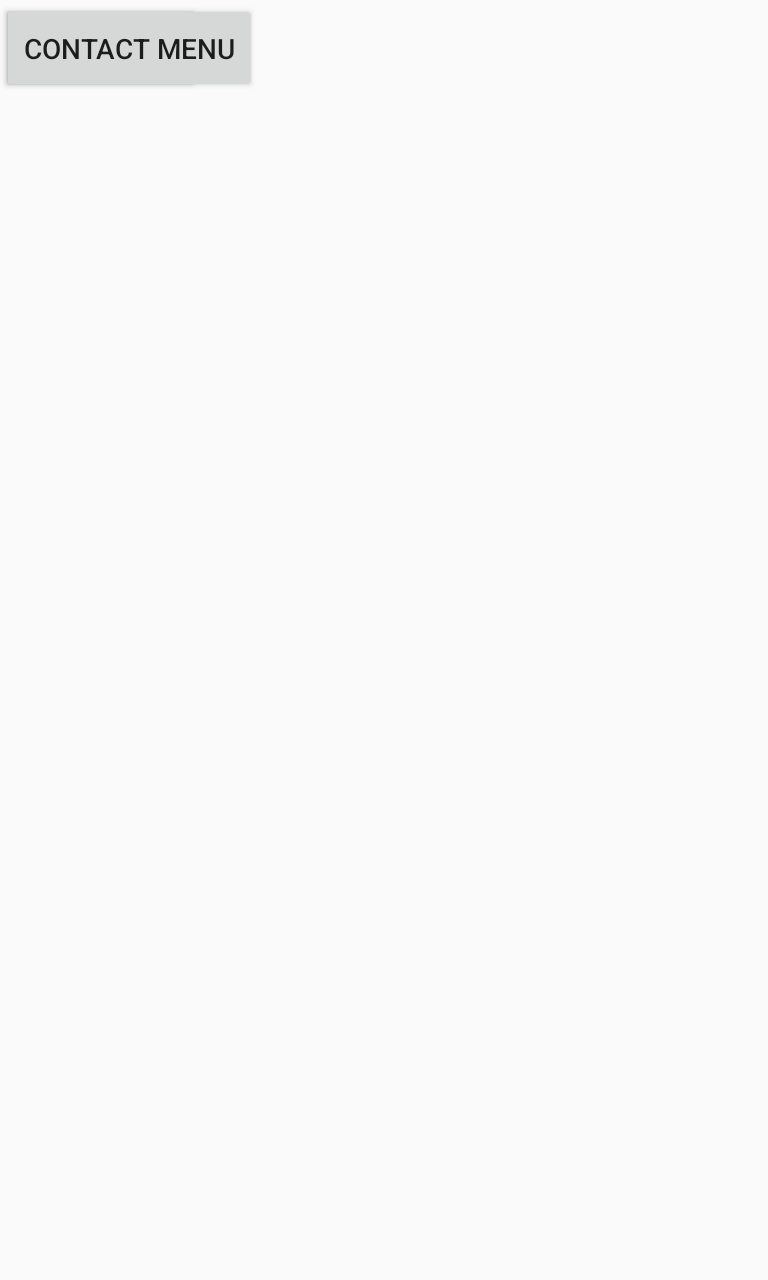
Repository: wisingd/Dajoroli
Layout: Workspace/SplitIt/res/layout/fragment_main.xml
These files come from the project's save history. The layout is drawn as it stood at one moment and after a run of saves; the edit follows.
It is drawn on a 768 x 1280 px phone screen (xhdpi) without system bars, with theme AppTheme; the app's code is not run.

Above is the layout before, as saved 2014-05-07 10:58:05.

After the next 2 saves:
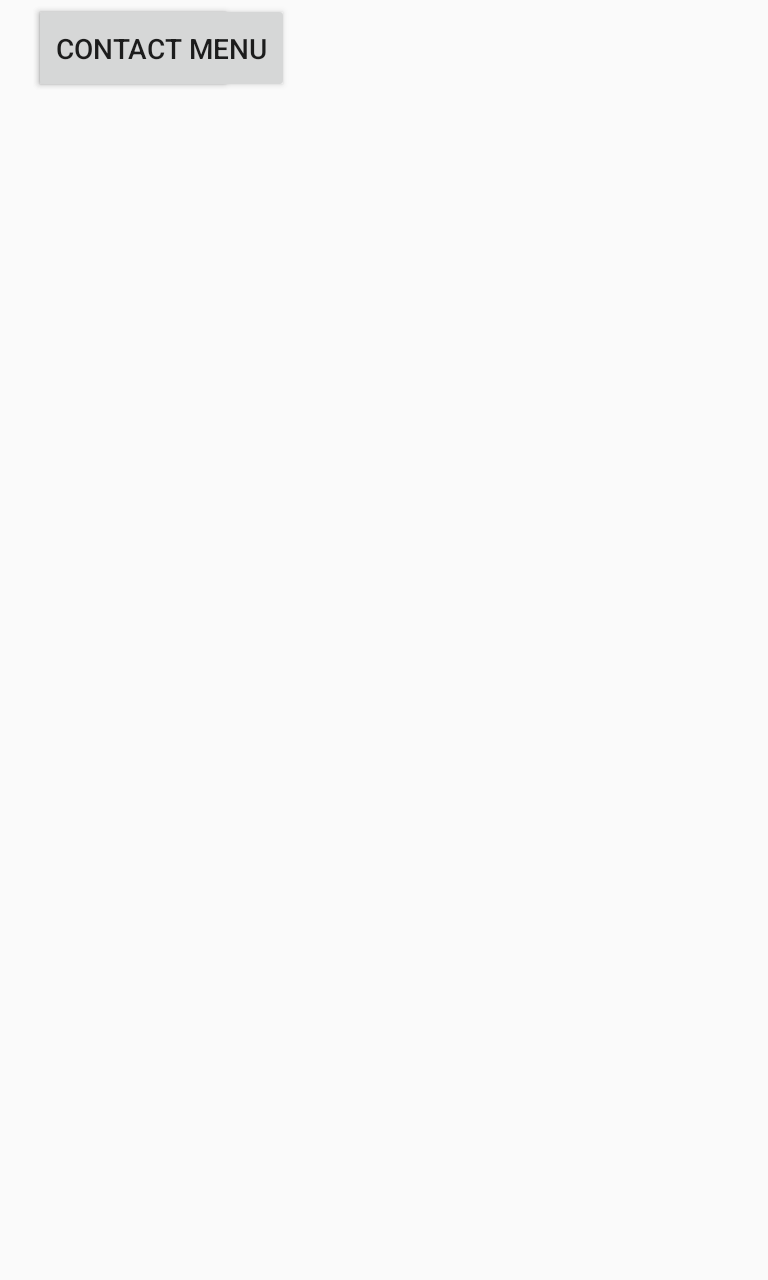
The 2 saves are shown as one change because 1 did not build or start.
The last was saved 3 min 10 s later.
--- a/Workspace/SplitIt/res/layout/fragment_main.xml
+++ b/Workspace/SplitIt/res/layout/fragment_main.xml
@@ -1,7 +1,9 @@
 <RelativeLayout xmlns:android="http://schemas.android.com/apk/res/android"
     xmlns:tools="http://schemas.android.com/tools"
     android:layout_width="match_parent"
-    android:layout_height="match_parent">
+    android:layout_height="match_parent"
+    android:paddingLeft="16dp"
+    android:paddingRight="16dp">
 
     <LinearLayout ></LinearLayout>
     <Button
